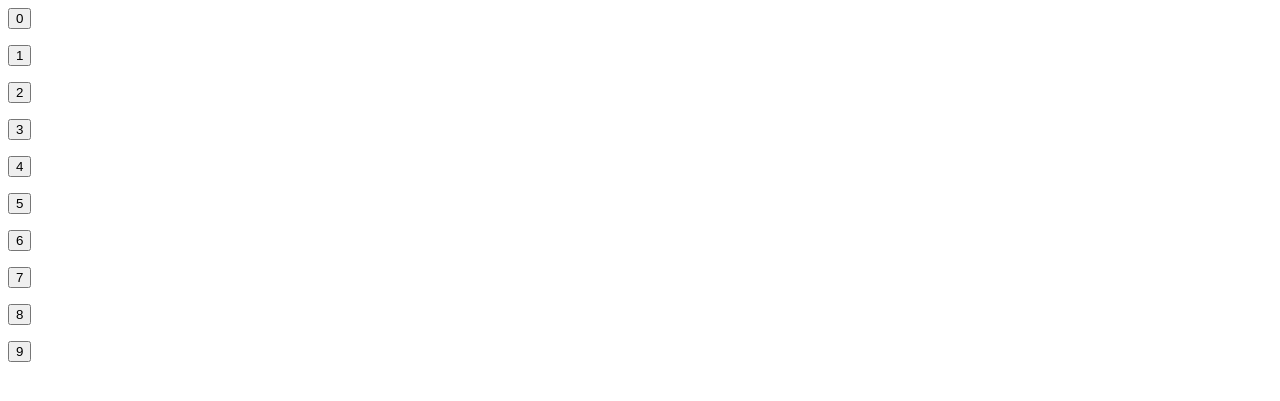
Repository: sheddy1/nasspchart
Page: http://localhost/forloop.php
These files come from the project's save history. The page is drawn as it stood at one moment and after the next save; the edit follows.
The browser window is 1280 px wide. The pictures show the whole page.
The page is run by PHP 8.4 with error messages shown; the project is at /var/www/html/.

Above is the page before, as saved 2022-04-25 23:36:46.

After the next save:
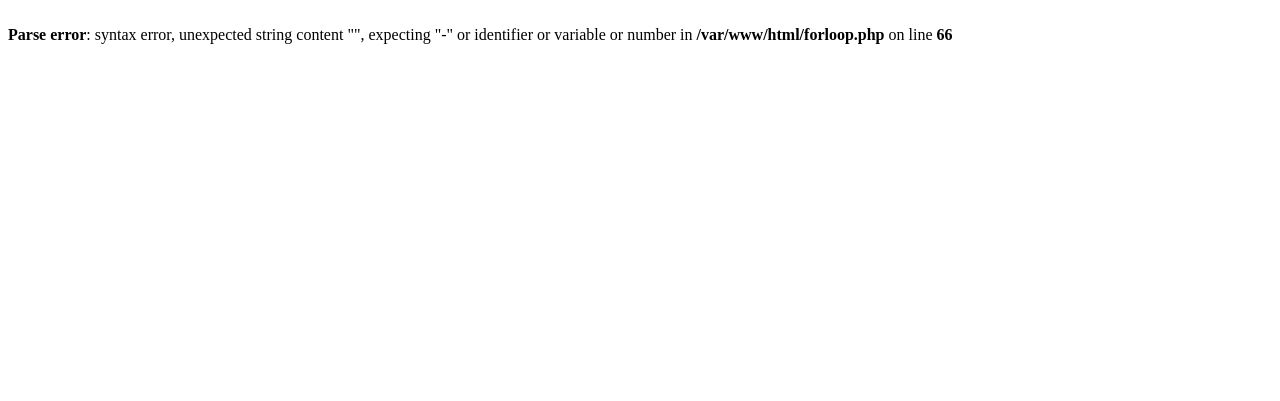
Saved 56 s later.
--- a/forloop.php
+++ b/forloop.php
@@ -62,6 +62,9 @@
     }
 
     if(isset($_POST['$name1']))
+    {
+        echo"<script>alert($_SESSION['idt'])</script>";
+    }
 
 
     ?>

After the save that followed:
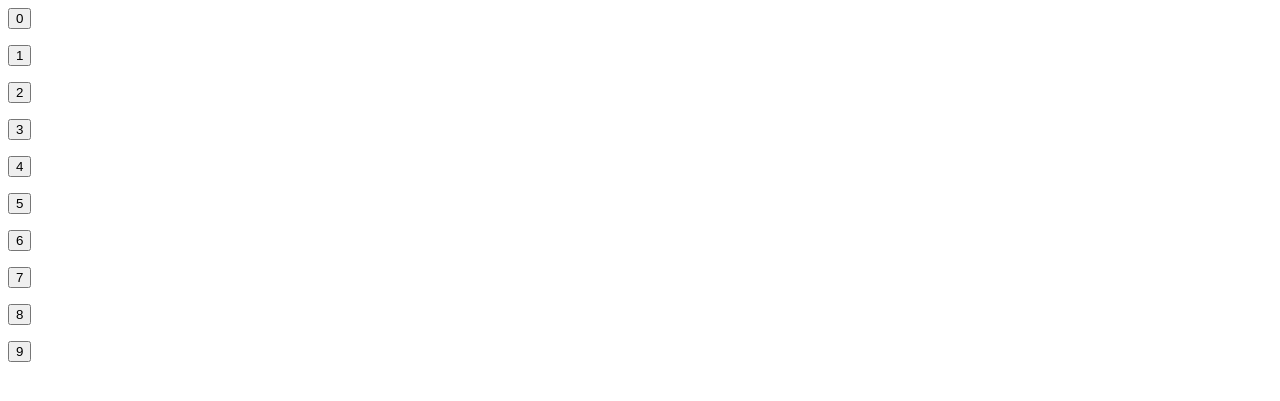
Saved 29 s later.
--- a/forloop.php
+++ b/forloop.php
@@ -63,7 +63,8 @@
 
     if(isset($_POST['$name1']))
     {
-        echo"<script>alert($_SESSION['idt'])</script>";
+        $idt = $_SESSION['idt'];
+        echo"<script>alert($idt)</script>";
     }
 
 
